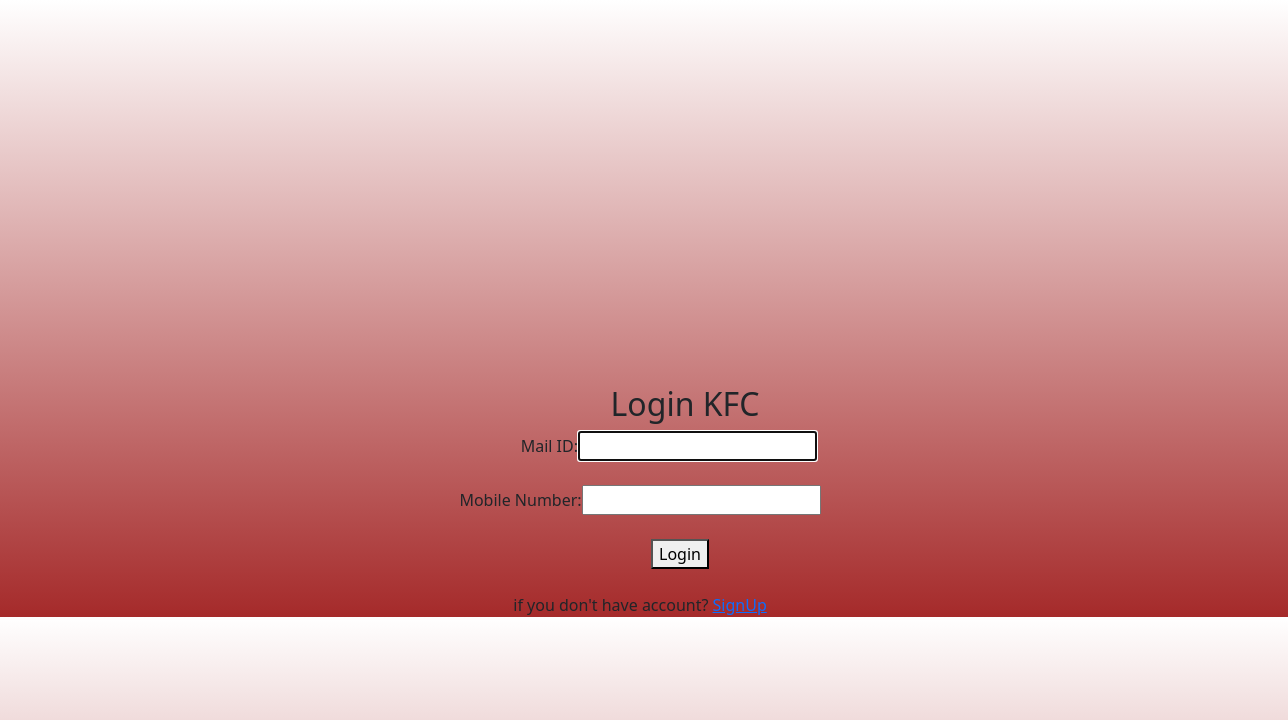
Repository: selvakumar46/Project-Maven
Page: http://localhost/ProjectKFC/login.jsp
The author's editor kept a copy of each file at every save. The page is drawn from the files as they stood at one save, then again after the next save.
The browser window is 1280 px wide. The page is 1288 px wide, so the pictures cover 1288 px, including what lies to the right of the window. The pictures show the whole page.
The page is served by Tomcat 9. Nobody is signed in. The application's start-up code is not run.

Above is the page before, as saved 2022-01-10 07:17:29.

After the next save:
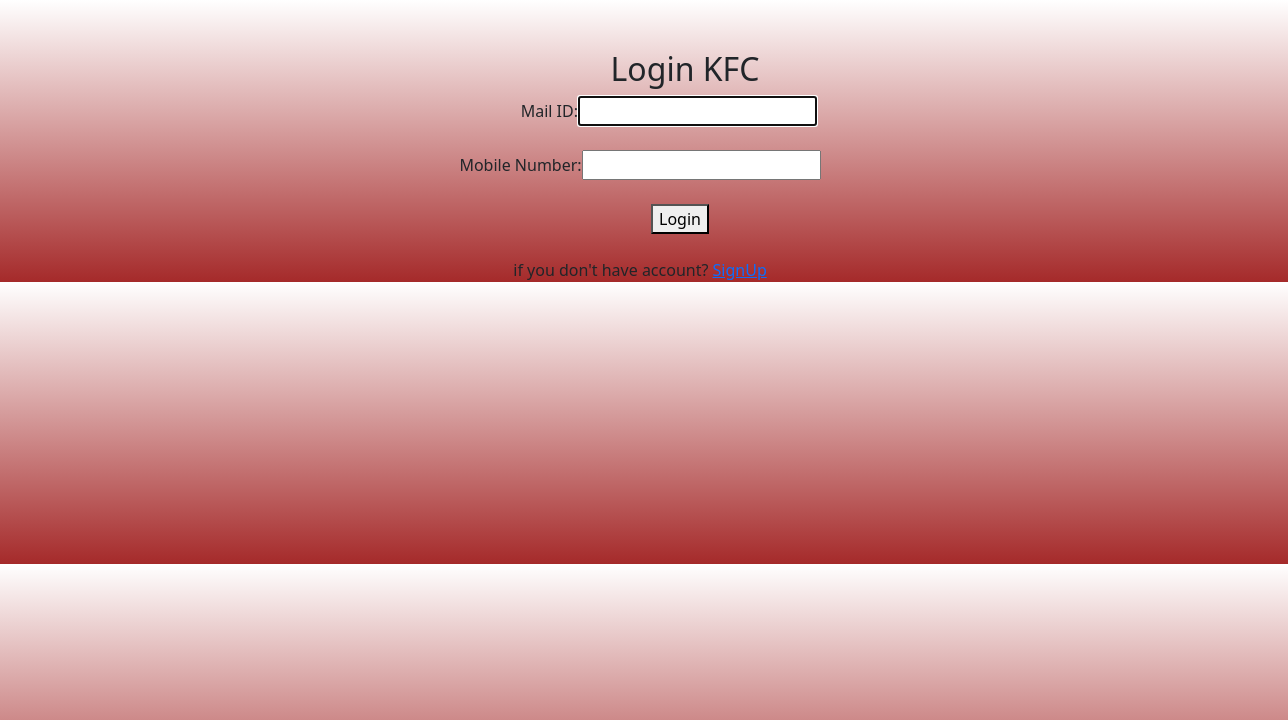
Saved 38 s later.
--- a/ProjectKFC/src/main/webapp/login.jsp
+++ b/ProjectKFC/src/main/webapp/login.jsp
@@ -18,11 +18,7 @@
 
 
 }
-.container{
-	margin-top:385px;
-	marigin-botom:0px;
 
-}
 h2{
 	margin-right:-90px; ;
 	margin-top:50px;

After the 2 saves that followed:
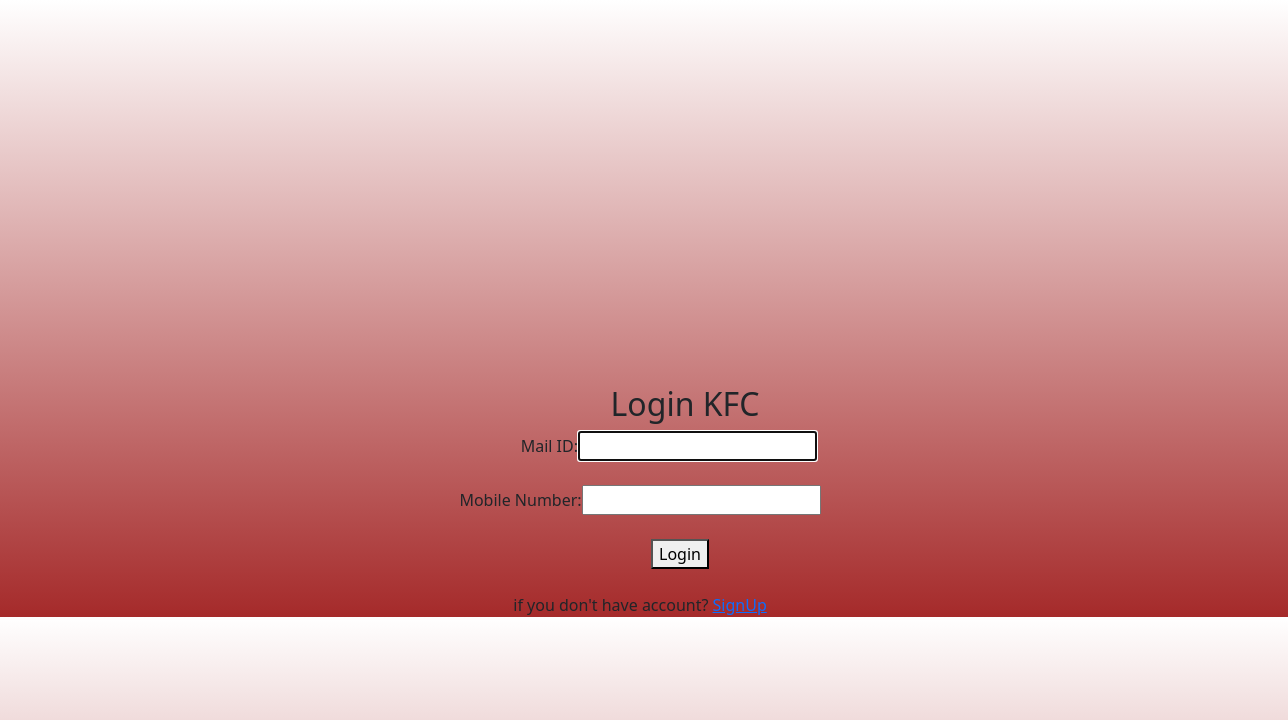
The 2 saves are shown as one change because 1 left the picture as it was.
The last was saved 44 s later.
--- a/ProjectKFC/src/main/webapp/login.jsp
+++ b/ProjectKFC/src/main/webapp/login.jsp
@@ -18,7 +18,11 @@
 
 
 }
+.container{
+	margin-top:385px;
+	marigin-botom:0px;
 
+}
 h2{
 	margin-right:-90px; ;
 	margin-top:50px;
